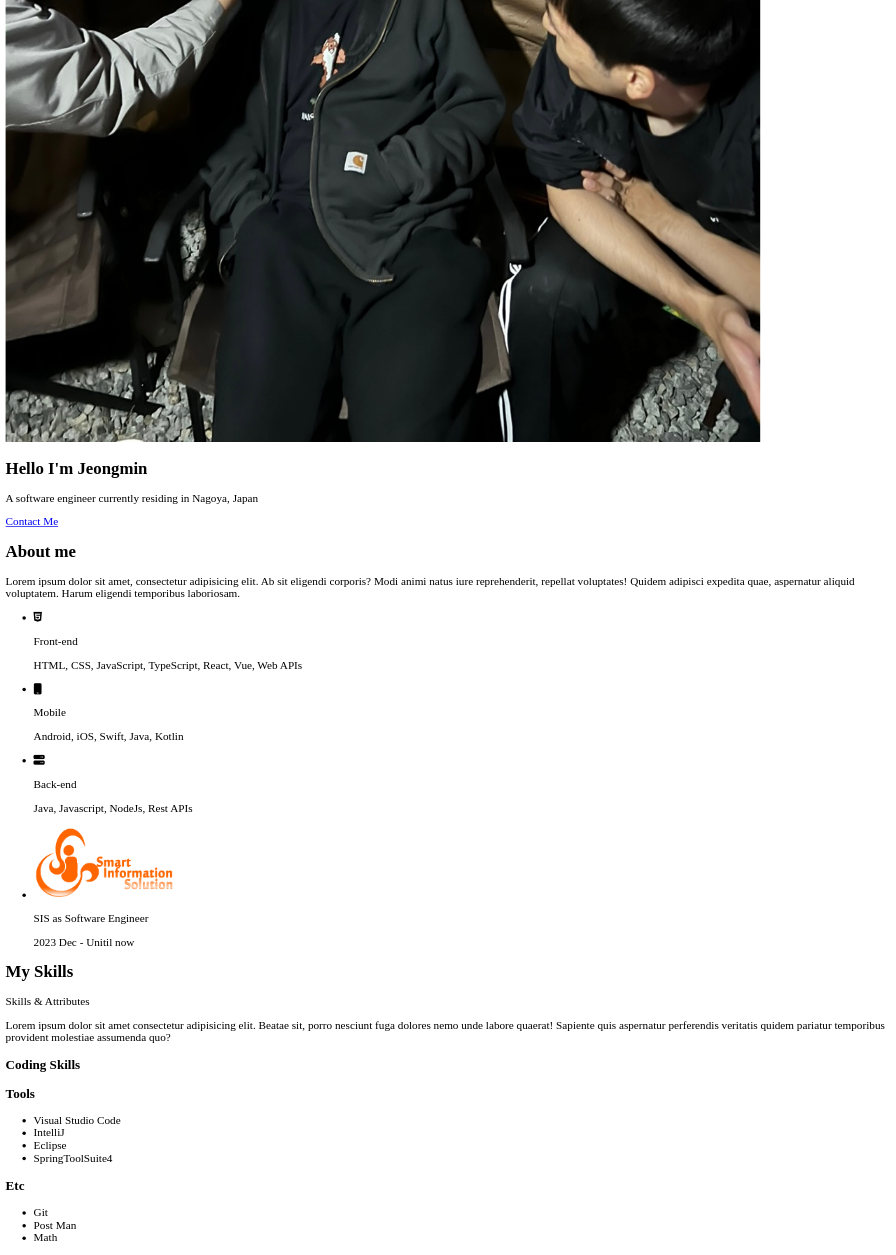
Repository: N1C0N1C0/Portfolio
Page: index.html
These files come from the project's save history. The page is drawn as it stood at one moment and after the next save; the edit follows.
The browser window is 1280 px wide. The pictures show the part of the page from y = 999 to 2919 px (the page is 2792 px tall before and 2919 px after), at 70% of full size.
Some web libraries are served in a nearby version.

Above is the page before, as saved 2023-12-11 23:24:22.

After the next save:
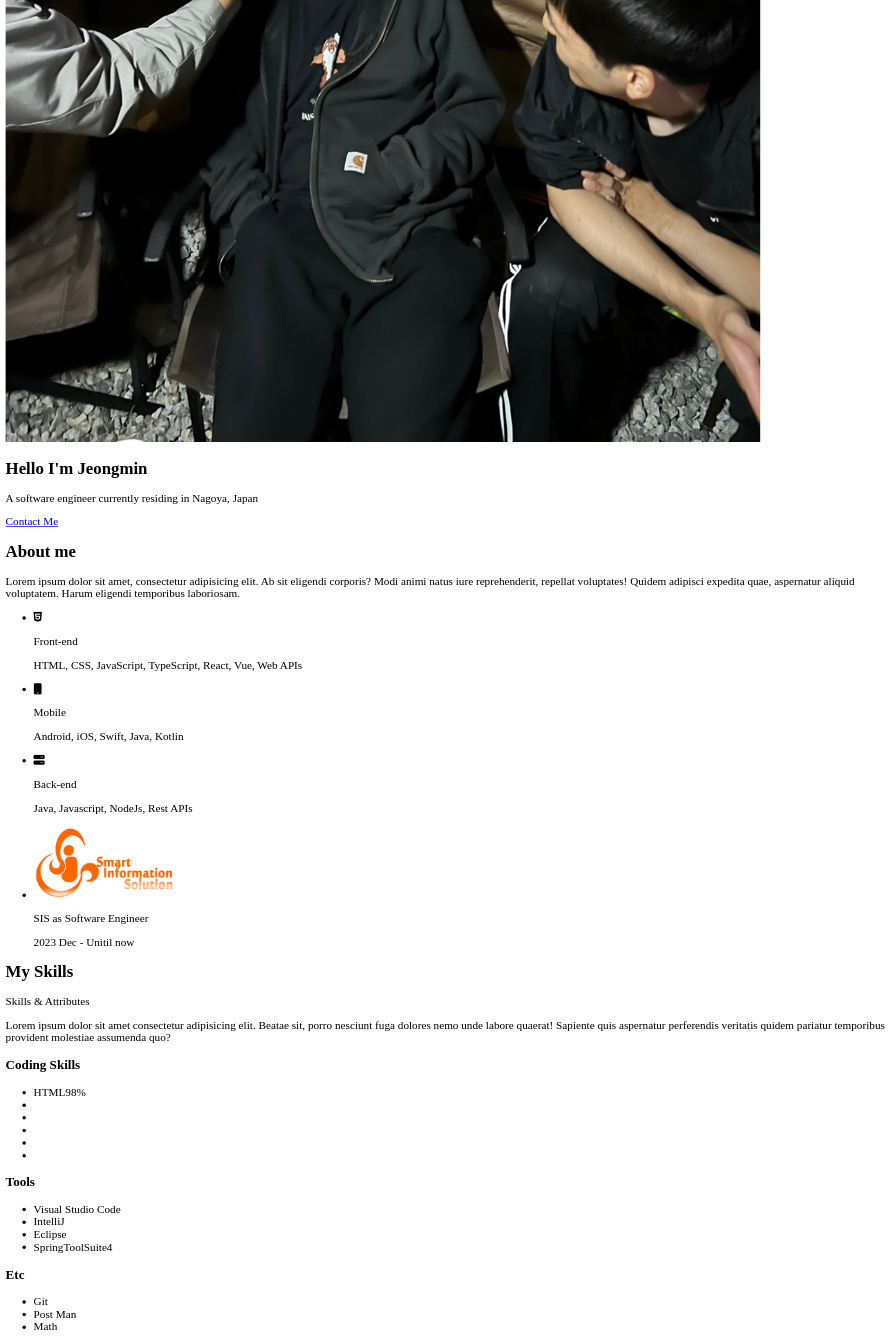
Saved 14 min 46 s later.
--- a/index.html
+++ b/index.html
@@ -99,6 +99,27 @@
             <div>
                 <section>
                     <h3>Coding Skills</h3>
+                    <ul>
+                        <li>
+                            <div><span>HTML</span><span>98%</span></div>
+                            <div><div style="width: 98%"></div></div>
+                        </li>
+                        <li>
+                            <div></div>
+                        </li>
+                        <li>
+                            <div></div>
+                        </li>
+                        <li>
+                            <div></div>
+                        </li>
+                        <li>
+                            <div></div>
+                        </li>
+                        <li>
+                            <div></div>
+                        </li>
+                    </ul>
                 </section>
                 <section>
                     <h3>Tools</h3>
